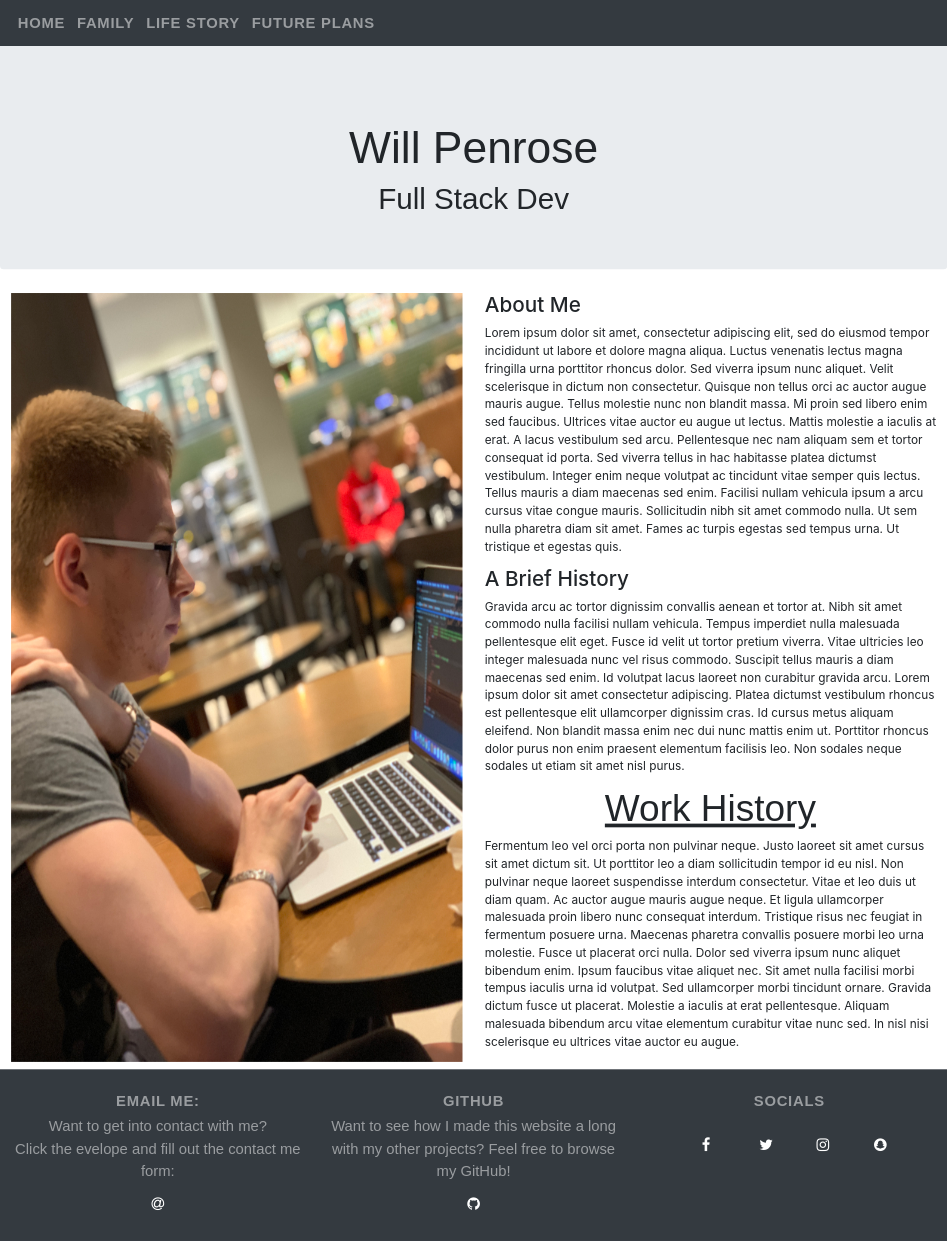
Repository: Code-Institute-Submissions/user-centric-frontend-dev-milestone-project
Page: index.html
The author's editor kept a record of every edit. The page is drawn from the files as they stood at one moment, then again after the next edit.
The browser window is 1280 px wide. The pictures show the whole page, at 74% of full size.
Some web fonts or font styles are not loaded; a fallback is used.

Above is the page before.

### index.html
<!DOCTYPE html>
<html lang="en">

<head>
    <meta charset="UTF-8">
    <meta name="viewport" content="width=device-width, initial-scale=1.0">
    <meta http-equiv="X-UA-Compatible" content="ie=edge">
    <link rel="stylesheet" href="assets/css/style.css" type="text/css" />
    <link rel="stylesheet" href="https://stackpath.bootstrapcdn.com/font-awesome/4.7.0/css/font-awesome.min.css" type="text/css" />
    <link rel="stylesheet" href="https://stackpath.bootstrapcdn.com/bootstrap/4.3.1/css/bootstrap.min.css" type="text/css" />
    <title>Will Penrose Autobiography</title>
</head>

<body>
    <header>
        <!--------------------------------------NAVBAR----------------------------->

        <nav class="navbar navbar-expand-sm navbar-dark bg-dark fixed-top text-uppercase">
            <button class="navbar-toggler" data-toggle="collapse" data-target="#collapse_target">
                <span class="navbar-toggler-icon"></span>
            </button>
            <div class="collapse navbar-collapse" id="collapse_target">
                <ul class="navbar-nav">
                    <li class="nav-item">
                        <a class="nav-link" href="#">Home</a>
                    </li>
                    <li class="nav-item">
                        <a class="nav-link" href="#">Family</a>
                    </li>
                    <li class="nav-item">
                        <a class="nav-link" href="#">Life Story</a>
                    </li>
                    <li class="nav-item">
                        <a class="nav-link" href="#">Future Plans</a>
                    </li>
                </ul>
            </div>
        </nav>
        <!--------------------------------------JUMBOTRON----------------------------->
        <div class="container-fluid">
            <div class="row jumbotron">
                <div class="col-12 heading">
                    <h1 class="name">Will Penrose</h1>
                    <h2 class="title">Full Stack Dev</h2>
                </div>
            </div>
        </div>
    </header>

    <!--------------------------------------MAIN IMAGE AND PARAGRAPHS----------------------------->

    <section>
        <div class="container-fluid">
            <div class="row">
                <div class="col-sm-12 col-md-12 col-lg-6">
                    <img src="assets/images/will.jpg" class="image"></img>
                </div>
                <div class="col-sm-12 col-md-12 col-lg-6 home-paragraphs">
                    <h3>About Me</h3>
                    <p>
                        Lorem ipsum dolor sit amet, consectetur adipiscing elit, sed do eiusmod tempor incididunt ut labore et dolore magna aliqua. Luctus venenatis lectus magna fringilla urna porttitor rhoncus dolor. Sed viverra ipsum nunc aliquet. Velit scelerisque in dictum
                        non consectetur. Quisque non tellus orci ac auctor augue mauris augue. Tellus molestie nunc non blandit massa. Mi proin sed libero enim sed faucibus. Ultrices vitae auctor eu augue ut lectus. Mattis molestie a iaculis at erat.
                        A lacus vestibulum sed arcu. Pellentesque nec nam aliquam sem et tortor consequat id porta. Sed viverra tellus in hac habitasse platea dictumst vestibulum. Integer enim neque volutpat ac tincidunt vitae semper quis lectus. Tellus
                        mauris a diam maecenas sed enim. Facilisi nullam vehicula ipsum a arcu cursus vitae congue mauris. Sollicitudin nibh sit amet commodo nulla. Ut sem nulla pharetra diam sit amet. Fames ac turpis egestas sed tempus urna. Ut tristique
                        et egestas quis.
                    </p>
                    <h3>A Brief History</h3>
                    <p>
                        Gravida arcu ac tortor dignissim convallis aenean et tortor at. Nibh sit amet commodo nulla facilisi nullam vehicula. Tempus imperdiet nulla malesuada pellentesque elit eget. Fusce id velit ut tortor pretium viverra. Vitae ultricies leo integer malesuada
                        nunc vel risus commodo. Suscipit tellus mauris a diam maecenas sed enim. Id volutpat lacus laoreet non curabitur gravida arcu. Lorem ipsum dolor sit amet consectetur adipiscing. Platea dictumst vestibulum rhoncus est pellentesque
                        elit ullamcorper dignissim cras. Id cursus metus aliquam eleifend. Non blandit massa enim nec dui nunc mattis enim ut. Porttitor rhoncus dolor purus non enim praesent elementum facilisis leo. Non sodales neque sodales ut etiam
                        sit amet nisl purus.
                    </p>
                    <h3 class="paragraph-heading">Work History</h3>
                    <p>
                        Fermentum leo vel orci porta non pulvinar neque. Justo laoreet sit amet cursus sit amet dictum sit. Ut porttitor leo a diam sollicitudin tempor id eu nisl. Non pulvinar neque laoreet suspendisse interdum consectetur. Vitae et leo duis ut diam quam. Ac
                        auctor augue mauris augue neque. Et ligula ullamcorper malesuada proin libero nunc consequat interdum. Tristique risus nec feugiat in fermentum posuere urna. Maecenas pharetra convallis posuere morbi leo urna molestie. Fusce ut
                        placerat orci nulla. Dolor sed viverra ipsum nunc aliquet bibendum enim. Ipsum faucibus vitae aliquet nec. Sit amet nulla facilisi morbi tempus iaculis urna id volutpat. Sed ullamcorper morbi tincidunt ornare. Gravida dictum fusce
                        ut placerat. Molestie a iaculis at erat pellentesque. Aliquam malesuada bibendum arcu vitae elementum curabitur vitae nunc sed. In nisl nisi scelerisque eu ultrices vitae auctor eu augue.
                    </p>
                </div>
            </div>
        </div>
    </section>
    <!--------------------------------------FOOTER----------------------------->
    <footer>
        <div class="container-fluid">
            <div class="row">
                <div class="col-sm-4 footer-paragraph">
                    <h4 class="footer-section text-uppercase">Email Me:</h4>
                    <p>
                        Want to get into contact with me?<br> Click the evelope and fill out the contact me form:
                        <br>
                        <a href="contact.html" target="_blank">
                            <i class="fa fa-at email" aria-hidden="true"></i>
                            <span class="sr-only">Email</span>
                        </a>
                    </p>
                </div>
                <div class="col-sm-4 footer-paragraph">
                    <h4 class="footer-section text-uppercase social-links">GitHub</h4>
                    <p>
                        Want to see how I made this website a long with my other projects? Feel free to browse my GitHub!
                        <br>
                        <a href="#" target="_blank">
                            <i class="fa fa-github" aria-hidden="true"></i>
                            <span class="sr-only">GitHub</span>
                        </a>
                    </p>
                </div>
                <div class="col-sm-4 footer-paragraph">
                    <h4 class="footer-section text-uppercase">Socials</h4>
                    <ul class="list-inline social-links">
                        <li class="list-inline-item">
                            <a href="#" target="_blank">
                                <i class="fa fa-facebook" aria-hidden="true"></i>
                                <span class="sr-only">Facebook</span>
                            </a>
                        </li>
                        <li class="list-inline-item">
                            <a href="#" target="_blank">
                                <i class="fa fa-twitter" aria-hidden="true"></i>
                                <span class="sr-only">Twitter</span>
                            </a>
                        </li>
                        <li class="list-inline-item">
                            <a href="#" target="_blank">
                                <i class="fa fa-instagram" aria-hidden="true"></i>
                                <span class="sr-only">Instagram</span>
                            </a>
                        </li>
                        <li class="list-inline-item">
                            <a href="#" target="_blank">
                                <i class="fa fa-snapchat" aria-hidden="true"></i>
                                <span class="sr-only">Snapchat</span>
                            </a>
                        </li>
                    </ul>
                </div>
            </div>
        </div>
    </footer>
</body>

</html>

### assets/css/style.css
@import url('https://fonts.googleapis.com/css?family=Odibee+Sans&display=swap:100,200,300,400,500,600,700|PT Sans Narrow:100,200,300,400,500,600,700');

/*---------------------------Navbar*/

.navbar {
    font-family: "Odibee Sans", sans-serif;
    font-size: 20px;
    letter-spacing: 1px;
    font-weight: 600;
}

/*---------------------------General*/

.inline-block {
    display: inline-block;
}

/*---------------------------Heading*/

.heading {
    text-align: center;
    margin: 0;
    padding-top: 100px;
}

img {
    width: 100%;
    height: 100%;
}

.jumbotron .name {
    font-family: "Odibee Sans", sans-serif;
    font-weight: 500;
    font-size: 60px
}

.jumbotron .title {
    font-family: "PT Sans Narrow", sans-serif;
    font-weight: 300;
    font-size: 40px
}

/*----------------------Text*/

.paragraph-heading {
    font-family: "Odibee Sans", sans-serif;
    font-size: 50px;
    text-align: center;
    text-decoration: underline;

}

.home-paragraphs {
    height: 100%;
}

/*----------------------Media Quires*/

@media (max-width: 992px) {
    .home-paragraphs {
        padding-top: 20px;
    }
}

/*----------------------Contact Form*/

.contact-title {
    text-align: center;
}

/*----------------------Footer and Socials*/

footer {
    background-color: #343a40;
    color: rgba(255, 255, 255, 0.5);
    margin-top: 10px
}

.footer-paragraph {
    font-family: "PT Sans Narrow", sans-serif;
    text-align: center;
    font-size: 20px;
    font-weight: 400;
}

.footer-section {
    padding-top: 30px;
    text-align: center;
    font-family: "Odibee Sans", sans-serif;
    letter-spacing: 1px;
    font-size: 20px;
    font-weight: 600;
}

/*----------------------Footer Icons*/

.social-links li a i {
    width: 64px;
    height: 64px;
    color: #fff;
    padding: 30px;
}


p a i {
    width: 64px;
    height: 64px;
    color: #fff;
    padding-top: 20px;
}

After the next edit:
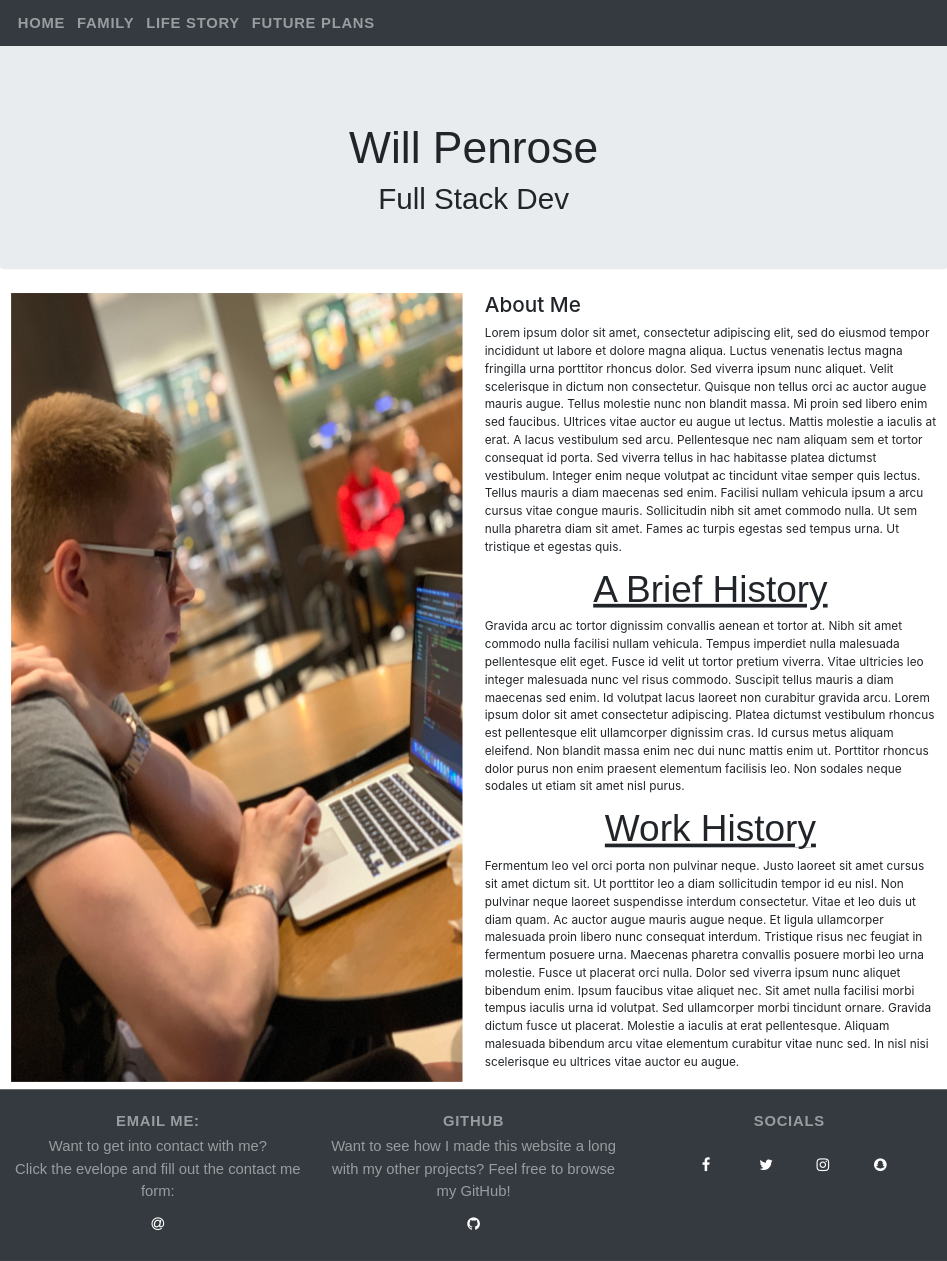
The edit:
--- a/index.html
+++ b/index.html
@@ -64,7 +64,7 @@
                         mauris a diam maecenas sed enim. Facilisi nullam vehicula ipsum a arcu cursus vitae congue mauris. Sollicitudin nibh sit amet commodo nulla. Ut sem nulla pharetra diam sit amet. Fames ac turpis egestas sed tempus urna. Ut tristique
                         et egestas quis.
                     </p>
-                    <h3>A Brief History</h3>
+                    <h3 class="paragraph-heading">A Brief History</h3>
                     <p>
                         Gravida arcu ac tortor dignissim convallis aenean et tortor at. Nibh sit amet commodo nulla facilisi nullam vehicula. Tempus imperdiet nulla malesuada pellentesque elit eget. Fusce id velit ut tortor pretium viverra. Vitae ultricies leo integer malesuada
                         nunc vel risus commodo. Suscipit tellus mauris a diam maecenas sed enim. Id volutpat lacus laoreet non curabitur gravida arcu. Lorem ipsum dolor sit amet consectetur adipiscing. Platea dictumst vestibulum rhoncus est pellentesque
